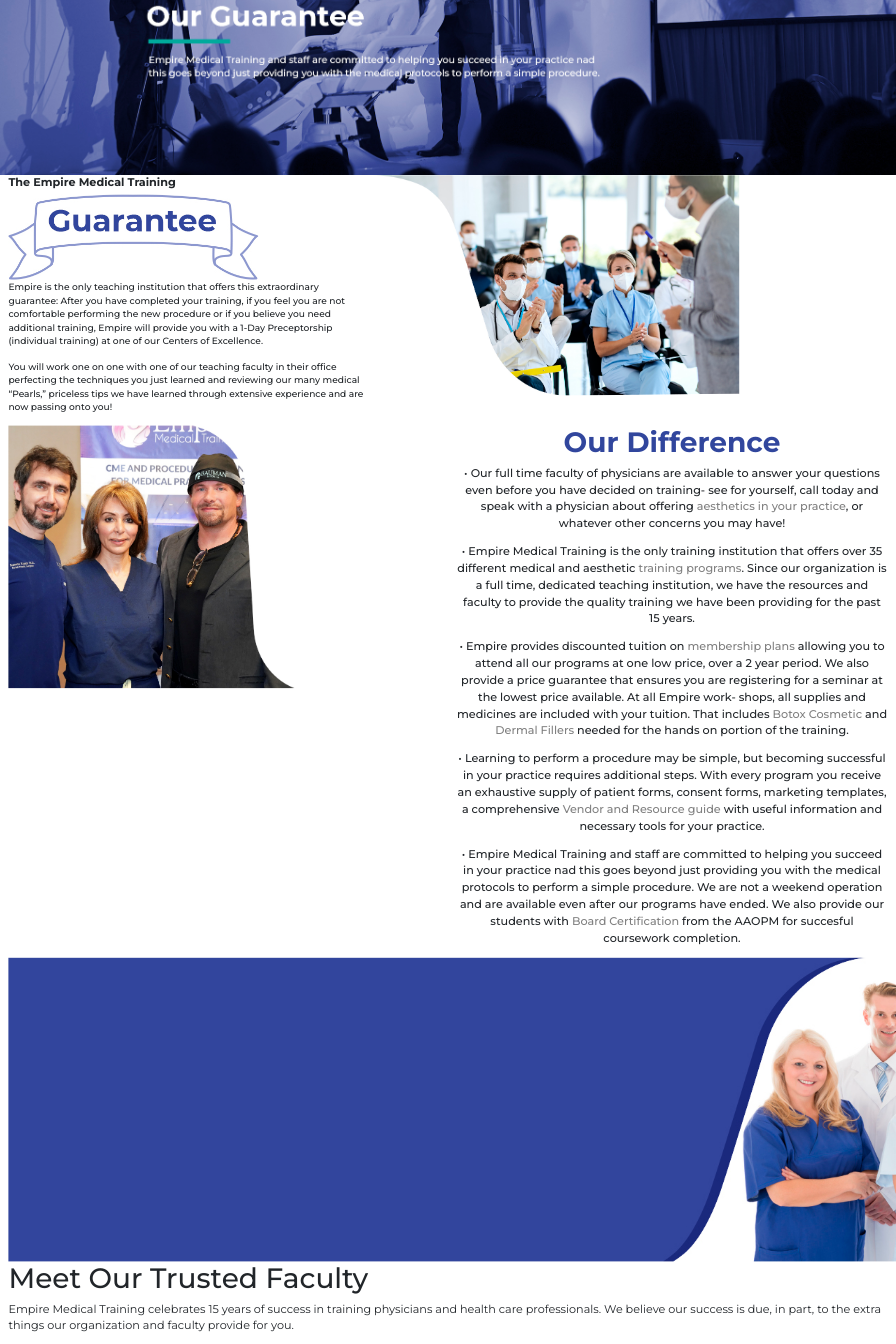
Repository: jorgi710/BODY-CONTOURING-INJECTABLES-AND-ADJUNCT-PROCEDURES
Page: our quarantee/file/src/index.html
These files come from the project's save history. The page is drawn as it stood at one moment and after the next save; the edit follows.
The browser window is 1280 px wide. The pictures show the part of the page from y = 310 to 2230 px (the page is 6244 px tall before and 6335 px after), at 70% of full size.

Above is the page before, as saved 2021-04-06 05:43:53.

After the next save:
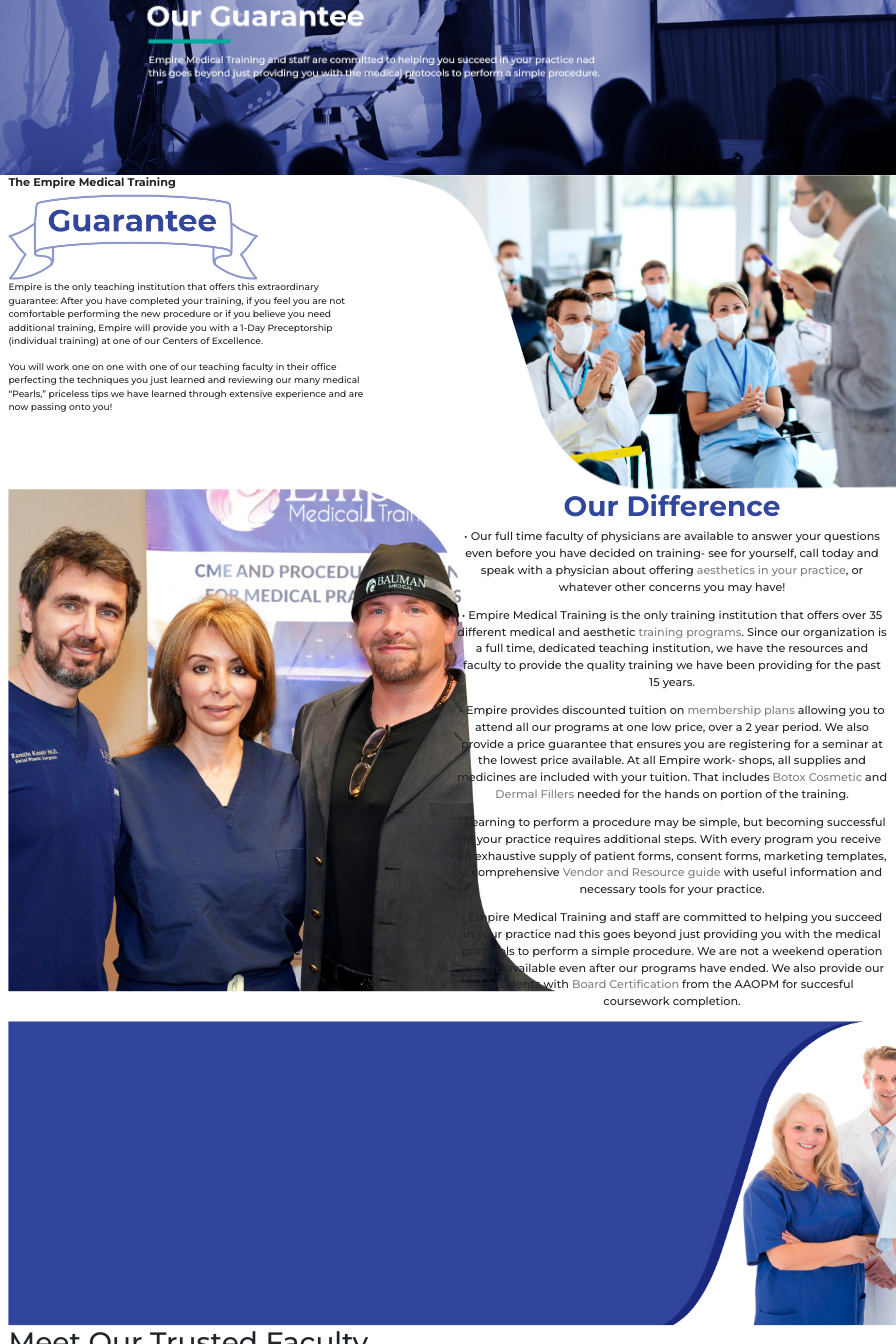
Saved 34 s later.
--- a/our quarantee/file/css/style.css
+++ b/our quarantee/file/css/style.css
@@ -46,7 +46,7 @@
 .section_1 .row .col-md-5 h1 {
   font-size: medium;
 }
-.section_1 .row img {
+.section_1 .row .col-md-5 img {
   width: 70%;
 }
 .section_1 .row .col-sm-12 img {
